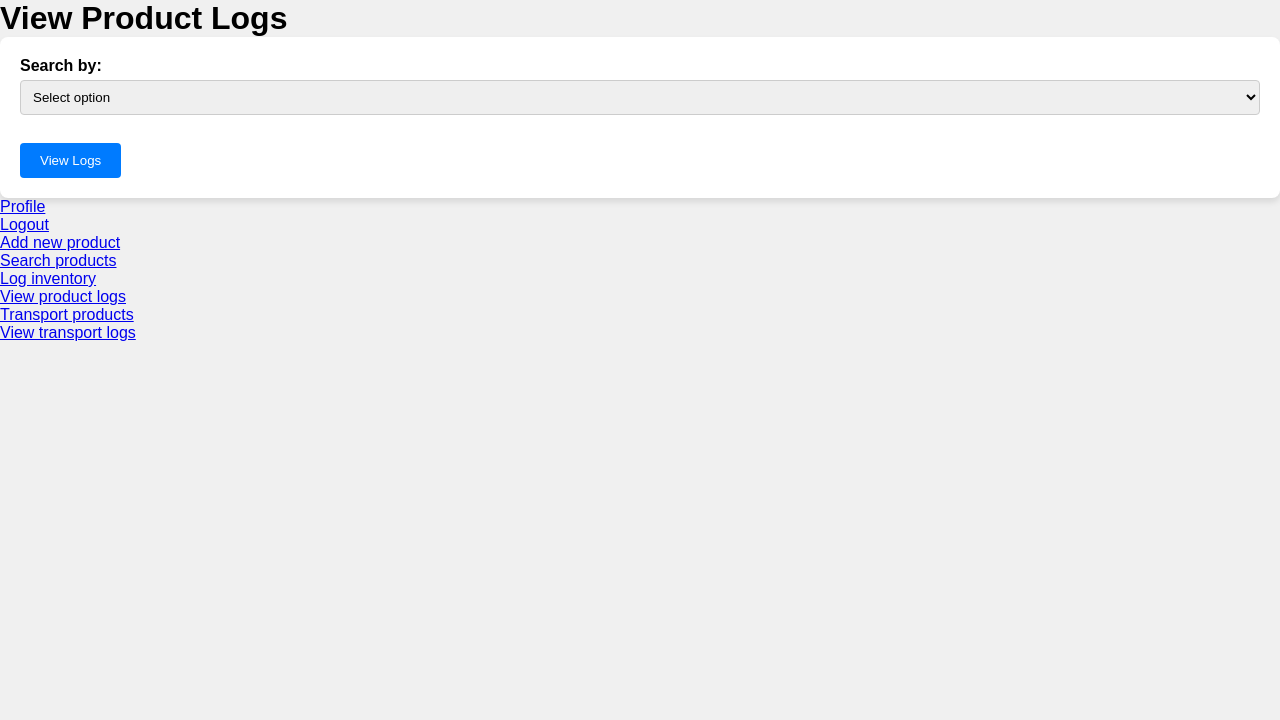
Repository: Warspinix/Flask-Web-Applications
Page: http://localhost/view_product_logs
An editor plug-in stored every save of this project. The page is shown before and after the next save, followed by the edit.
The browser window is 1280 px wide. The pictures show the whole page.
The page is served by the project's application, run on Flask 3 (app.py). The session is filled in as if someone had signed in: {"user_id": 1, "first_name": "John"}.

Above is the page before, as saved 2024-06-13 20:47:42.

### templates/view_product_logs.html
<!DOCTYPE html>
<html>
<head>
    <title>View Product Logs</title>
    <link rel="stylesheet" type="text/css" href="{{ url_for('static', filename='style.css') }}">
</head>
<body>
    <h1>View Product Logs</h1>
    <form action="" method="post">
        {{ form.hidden_tag() }}
        <label for="search_by">Search by:</label>
        {{ form.search_by(class="form-control") }}
        <br><br>
        <div id="id_search" style="display: none;">
            <label for="product_id">Product ID:</label>
            {{ form.product_id(class="form-control") }}
            <br><br>
        </div>
        <div id="month_search" style="display: none;">
            <label for="month">Select month:</label>
            {{ form.month(class="form-control") }}
            <br><br>
        </div>
        <input type="submit" value="View Logs">
    </form>

    {% if product_logs %}
        <h2>Product Logs:</h2>
        <table>
            <tr>
                <th>Product ID</th>
                <th>Product Name</th>
                <th>Quantity Added</th>
                <th>Log Date</th>
                <th>Log Time</th>
                <th>Logged by</th>
            </tr>
            {% for log in product_logs %}
            <tr>
                <td>{{ log[0] }}</td>
                <td>{{ log[1] }}</td>
                <td>{{ log[2] }}</td>
                <td>{{ log[3] }}</td>
                <td>{{ log[4] }}</td>
                <td>{{ log[5] }}</td>
            </tr>
            {% endfor %}
        </table>
    {% endif %}

    <!-- Profile and logout buttons -->
    <a href="{{ url_for('profile') }}" class="btn btn-primary">Profile</a>
    <a href="{{ url_for('logout') }}" class="btn btn-danger">Logout</a>

    <ul>
        <li><a href="{{ url_for('add_product') }}">Add new product</a></li>
        <li><a href="{{ url_for('search_products') }}">Search products</a></li>
        <li><a href="{{ url_for('log_inventory') }}">Log inventory</a></li>
        <li><a href="{{ url_for('view_product_logs') }}">View product logs</a></li>
        <li><a href="{{ url_for('transport_products') }}">Transport products</a></li>
        <li><a href="{{ url_for('view_transport_logs') }}">View transport logs</a></li>
    </ul>

    <script>
        document.getElementById('search_by').addEventListener('change', function() {
            var search_by = document.getElementById('search_by').value;
            if (search_by == 'id') {
                document.getElementById('id_search').style.display = 'block';
                document.getElementById('month_search').style.display = 'none';
            } else if (search_by == 'month') {
                document.getElementById('id_search').style.display = 'none';
                document.getElementById('month_search').style.display = 'block';
            } else if (search_by == 'both') {
                document.getElementById('id_search').style.display = 'block';
                document.getElementById('month_search').style.display = 'block';
            } else {
                document.getElementById('id_search').style.display = 'none';
                document.getElementById('month_search').style.display = 'none';
            }
        });
    </script>
</body>
</html>

### app.py
from flask import Flask, render_template, redirect, url_for, flash, session
import flask_mysqldb
from flask_wtf import FlaskForm
from wtforms import StringField, PasswordField, SubmitField, IntegerField, SelectField
from wtforms.validators import DataRequired, NumberRange, Optional
import os
import datetime
from flask_bcrypt import Bcrypt

secret_key = os.urandom(24).hex()

app = Flask(__name__)
app.config["SECRET_KEY"] = secret_key
app.config["MYSQL_HOST"] = "localhost"
app.config["MYSQL_USER"] = "root"
app.config["MYSQL_PASSWORD"] = ""
app.config["MYSQL_DB"] = "inventory"

bcrypt = Bcrypt(app)

mysql = flask_mysqldb.MySQL(app)

class RegistrationForm(FlaskForm):
    email = StringField("Email", validators=[DataRequired()])
    first_name = StringField("First Name", validators=[DataRequired()])
    last_name = StringField("Last Name", validators=[DataRequired()])
    password = PasswordField("Password", validators=[DataRequired()])
    submit = SubmitField("Register")

class LoginForm(FlaskForm):
    user_id = StringField("User ID", validators=[DataRequired()])
    password = PasswordField("Password", validators=[DataRequired()])
    submit = SubmitField("Login")

class AddProductForm(FlaskForm):
    product_name = StringField("Product Name", validators=[DataRequired()])
    submit = SubmitField("Add Product")

class SearchForm(FlaskForm):
    search_by = StringField("Search by", validators=[DataRequired()])
    search_term = StringField("Search term", validators=[DataRequired()])
    submit = SubmitField("Search")

class AddToInventoryForm(FlaskForm):
    product_id = StringField("Product ID", validators=[DataRequired()])
    quantity_added = StringField("Quantity to add", validators=[DataRequired()])
    submit = SubmitField("Add to Inventory")

from flask_wtf import FlaskForm
from wtforms import SelectField, StringField, SubmitField
from wtforms.validators import DataRequired, Optional

class ViewProductLogsForm(FlaskForm):
    search_by = SelectField("Search by", choices=[
        ('', 'Select option'),
        ('id', 'Product ID'),
        ('month', 'Month'),
        ('both', 'Both')
    ], validators=[DataRequired()])
    product_id = StringField("Product ID", validators=[Optional()])
    month = SelectField("Select month", choices=[
        ('', 'Select month'),
        ('1', 'January'), ('2', 'February'), ('3', 'March'), ('4', 'April'),
        ('5', 'May'), ('6', 'June'), ('7', 'July'), ('8', 'August'),
        ('9', 'September'), ('10', 'October'), ('11', 'November'), ('12', 'December')
    ], validators=[Optional()])
    submit = SubmitField("View Logs")


class TransportForm(FlaskForm):
    product_id = IntegerField('Product ID', validators=[DataRequired(), NumberRange(min=1)])
    quantity_transported = IntegerField('Quantity to transport', validators=[DataRequired(), NumberRange(min=1)])
    submit = SubmitField('Transport')

class ViewTransportLogsForm(FlaskForm):
    search_by = SelectField("Search by", choices=[('', 'Select option'), ('id', 'Product ID'), ('month', 'Month'), ('both', 'Both')], validators=[DataRequired()])
    product_id = StringField("Product ID", validators=[Optional()])
    month = StringField("Select month", validators=[Optional()])
    submit = SubmitField("View Logs")


@app.route("/")
def index():
    return render_template("index.html")

@app.route("/register", methods=["GET", "POST"])
def register():
    form = RegistrationForm()
    if form.validate_on_submit():
        cur = mysql.connection.cursor()
        cur.execute("SELECT COUNT(*) FROM users")
        count = cur.fetchone()[0] + 1
        user_id = str(datetime.date.today().year) + str(count).zfill(3)
        registration_date = datetime.date.today()
        registration_time = datetime.datetime.now().time()
        hashed_password = bcrypt.generate_password_hash(form.password.data).decode('utf-8')
        cur.execute("INSERT INTO users (id, email, first_name, last_name, password, registration_date, registration_time) VALUES (%s, %s, %s, %s, %s, %s, %s)",
                    (user_id, form.email.data, form.first_name.data, form.last_name.data, hashed_password, registration_date, registration_time))
        mysql.connection.commit()
        # flash("Registration successful! You will be redirected to the home page in 3 seconds.")
        # return render_template("register_success.html")
        return redirect(url_for("index"))
    return render_template("register.html", form=form)

@app.route("/login", methods=["GET", "POST"])
def login():
    form = LoginForm()
    if form.validate_on_submit():
        cur = mysql.connection.cursor()
        print(form.user_id.data)
        print(form.password.data)
        cur.execute("SELECT password, first_name FROM users WHERE email = %s", (form.user_id.data,))
        result = cur.fetchone()
        print(result)
        if result:
            hashed_password = result[0]
            if bcrypt.check_password_hash(hashed_password, form.password.data):
                session['user_id'] = form.user_id.data
                session['first_name'] = result[1]  # Store first name in session
                return redirect(url_for("dashboard"))
            else:
                flash("Invalid user ID or password")
        else:
            flash("Invalid user ID or password")
    return render_template("login.html", form=form)

@app.route("/logout")
def logout():
    session.pop('user_id', None)
    session.pop('first_name', None)
    return redirect(url_for("index"))

@app.route("/dashboard")
def dashboard():
    if 'user_id' not in session:
        return redirect(url_for("login"))
    return render_template("dashboard.html", user_id=session['user_id'], first_name=session['first_name'])

@app.route("/profile")
def profile():
    if 'user_id' not in session:
        return redirect(url_for("login"))
    cur = mysql.connection.cursor()
    cur.execute("SELECT email, first_name, last_name, registration_date FROM users WHERE id = %s", (session['user_id'],))
    result = cur.fetchone()
    if result:
        return render_template("profile.html", email=result[0], first_name=result[1], last_name=result[2], registration_date=result[3])
    else:
        flash("User not found")
        return redirect(url_for("dashboard"))

@app.route("/add_product", methods=["GET", "POST"])
def add_product():
    if 'user_id' not in session:
        return redirect(url_for("login"))
    form = AddProductForm()
    if form.validate_on_submit():
        cur = mysql.connection.cursor()
        cur.execute("INSERT INTO products (name, quantity) VALUES (%s, %s)",
                    (form.product_name.data, 0))
        mysql.connection.commit()
        cur.execute("SELECT id FROM products ORDER BY id DESC LIMIT 1")
        product_id = cur.fetchone()[0]
        flash("Product added successfully! Product ID is " + str(product_id))
    return render_template("add_product.html", form=form, user_id=session['user_id'], first_name=session['first_name'])

@app.route("/search_products", methods=["GET", "POST"])
def search_products():
    if 'user_id' not in session:
        return redirect(url_for("login"))
    form = SearchForm()
    if form.validate_on_submit():
        cur = mysql.connection.cursor()
        if form.search_by.data == "id":
            cur.execute("SELECT * FROM products WHERE id = %s", (form.search_term.data,))
        else:
            cur.execute("SELECT * FROM products WHERE name LIKE %s", ("%" + form.search_term.data + "%",))
        products = cur.fetchall()
        return render_template("search_products.html", form=form, products=products, user_id=session['user_id'], first_name=session['first_name'])
    return render_template("search_products.html", form=form, user_id=session['user_id'], first_name=session['first_name'])

@app.route("/log_inventory", methods=["GET", "POST"])
def log_inventory():
    if 'user_id' not in session:
        return redirect(url_for("login"))
    form = AddToInventoryForm()
    if form.validate_on_submit():
        cur = mysql.connection.cursor()
        cur.execute("SELECT quantity FROM products WHERE id = %s", (form.product_id.data,))
        result = cur.fetchone()
        if result:
            new_quantity = result[0] + int(form.quantity_added.data)
            cur.execute("UPDATE products SET quantity = %s WHERE id = %s", (new_quantity, form.product_id.data))
            mysql.connection.commit()
            cur.execute("INSERT INTO products_log (product_id, quantity_added, log_date, log_time, user_id) VALUES (%s, %s, %s, %s, %s)",
                        (form.product_id.data, form.quantity_added.data, datetime.date.today(), datetime.datetime.now().time(), session['user_id']))
            mysql.connection.commit()
            flash("Inventory updated successfully!")
        else:
            flash("Product not found")
    return render_template("log_inventory.html", form=form, user_id=session['user_id'], first_name=session['first_name'])

@app.route("/view_product_logs", methods=["GET", "POST"])
def view_product_logs():
    if 'user_id' not in session:
        return redirect(url_for("login"))

    form = ViewProductLogsForm()
    product_logs = None

    if form.validate_on_submit():
        search_by = form.search_by.data
        product_id = form.product_id.data
        month = form.month.data

        query = """SELECT pl.product_id, p.name, pl.quantity_added, pl.log_date, pl.log_time,
                          CONCAT(u.first_name, ' ', u.last_name) AS full_name
                   FROM products_log pl
                   JOIN products p ON pl.product_id = p.id
                   JOIN users u ON pl.user_id = u.id"""
        conditions = []
        params = []

        if search_by == 'id':
            conditions.append("pl.product_id = %s")
            params.append(product_id)
        elif search_by == 'month':
            conditions.append("MONTH(pl.log_date) = %s")
            params.append(month)
        elif search_by == 'both':
            conditions.append("pl.product_id = %s AND MONTH(pl.log_date) = %s")
            params.append(product_id)
            params.append(month)

        if conditions:
            query += " WHERE " + " AND ".join(conditions)

        cur = mysql.connection.cursor()
        cur.execute(query, tuple(params))
        product_logs = cur.fetchall()

    return render_template("view_product_logs.html", form=form, product_logs=product_logs, user_id=session['user_id'], first_name=session['first_name'])

@app.route("/transport_products", methods=["GET", "POST"])
def transport_products():
    if 'user_id' not in session:
        return redirect(url_for("login"))
    form = TransportForm()
    if form.validate_on_submit():
        cur = mysql.connection.cursor()
        cur.execute("SELECT quantity FROM products WHERE id = %s", (form.product_id.data,))
        result = cur.fetchone()
        if result:
            current_quantity = result[0]
            if current_quantity >= form.quantity_transported.data:
                new_quantity = current_quantity - form.quantity_transported.data
                cur.execute("UPDATE products SET quantity = %s WHERE id = %s", (new_quantity, form.product_id.data))
                mysql.connection.commit()
                cur.execute("INSERT INTO transports_log (product_id, user_id, quantity_transported, log_date, log_time) VALUES (%s, %s, %s, %s, %s)",
                            (form.product_id.data, session['user_id'], form.quantity_transported.data, datetime.date.today(), datetime.datetime.now().time()))
                mysql.connection.commit()
                flash("Product transported successfully!")
            else:
                flash("Not enough quantity in stock")
        else:
            flash("Product not found")
    return render_template("transport_products.html", form=form, user_id=session['user_id'], first_name=session['first_name'])

@app.route("/view_transport_logs", methods=["GET", "POST"])
def view_transport_logs():
    if 'user_id' not in session:
        return redirect(url_for("login"))
    form = ViewTransportLogsForm()
    transport_logs = None
    if form.validate_on_submit():
        search_by = form.search_by.data
        product_id = form.product_id.data
        month = form.month.data

        query = """SELECT tl.id, tl.product_id, p.name, tl.quantity_transported, tl.log_date, tl.log_time,
                          CONCAT(u.first_name, ' ', u.last_name) AS full_name
                   FROM transports_log tl
                   JOIN products p ON tl.product_id = p.id
                   JOIN users u ON tl.user_id = u.id"""
        params = []

        if search_by == 'id':
            query += " WHERE tl.product_id = %s"
            params.append(product_id)
        elif search_by == 'month':
            query += " WHERE MONTH(tl.log_date) = %s"
            params.append(month)
        elif search_by == 'both':
            query += " WHERE tl.product_id = %s AND MONTH(tl.log_date) = %s"
            params.append(product_id)
            params.append(month)

        cur = mysql.connection.cursor()
        cur.execute(query, tuple(params))
        transport_logs = cur.fetchall()

    return render_template("view_transport_logs.html", form=form, transport_logs=transport_logs, user_id=session['user_id'], first_name=session['first_name'])

if __name__ == "__main__":
    app.run(debug=True)

### static/style.css
/* Reset default styles */
* {
    margin: 0;
    padding: 0;
    box-sizing: border-box;
}

body {
    font-family: Arial, sans-serif;
    background-color: #f0f0f0;
    display: flex;
    flex-direction: column;
    min-height: 100vh;
}

/* Navigation Bar styles */
.navbar {
    background-color: #333;
    color: #fff;
    padding: 10px 20px;
    position: fixed;
    width: 250px; /* Set the width */
    height: 100%;
    top: 0;
    left: 0;
    z-index: 1000;
    transition: all 0.3s ease;
}

.navbar-container {
    display: flex;
    flex-direction: column;
    height: 100%;
}

.navbar-header {
    display: flex;
    align-items: center;
    justify-content: space-between; /* Adjust spacing */
    margin-bottom: 20px; /* Adjust spacing */
}

.navbar-brand {
    color: #fff;
    text-decoration: none;
    font-size: 1.5rem;
    margin-left: 10px;
}

.navbar-menu {
    list-style-type: none;
    display: flex;
    flex-direction: column;
    margin-top: 0; /* Push menu items to the bottom */
}

.navbar-menu li {
    margin-right: 0; /* Remove margin */
}

.navbar-menu li a {
    color: #fff;
    text-decoration: none;
    padding: 10px 20px;
    transition: color 0.3s ease;
}

.navbar-menu li a:hover {
    background-color: #007bff;
}

/* Profile and logout buttons */
.profile-logout {
    display: flex;
    flex-direction: column;
    align-items: center;
    margin-top: auto; /* Push to the bottom */
    margin-bottom: 20px; /* Adjust spacing */
}

.profile-logout a {
    color: #fff;
    text-decoration: none;
    padding: 8px 20px;
    border-radius: 4px;
    transition: background-color 0.3s ease;
}

.profile-logout a.btn-primary {
    background-color: #007bff;
}

.profile-logout a.btn-danger {
    background-color: #dc3545;
}

.profile-logout a.btn:hover {
    background-color: #0056b3;
}

/* Menu toggle button */
.menu-toggle {
    background: none;
    border: none;
    cursor: pointer;
    display: none;
    padding: 5px;
    position: absolute;
    top: 10px;
    right: 10px;
    z-index: 1500;
}

.menu-toggle span {
    background-color: #fff;
    display: block;
    height: 2px;
    margin-bottom: 4px;
    transition: transform 0.2s ease, background-color 0.2s ease;
    width: 20px;
}

.menu-toggle span:nth-child(1) {
    transform: translateY(6px) rotate(45deg);
}

.menu-toggle span:nth-child(2) {
    opacity: 0;
}

.menu-toggle span:nth-child(3) {
    transform: translateY(-6px) rotate(-45deg);
}

@media screen and (max-width: 768px) {
    .navbar {
        width: 250px;
        transform: translateX(-100%);
        transition: transform 0.3s ease;
    }

    .navbar.active {
        transform: translateX(0);
    }

    .navbar-container {
        flex-direction: row;
    }

    .navbar-header {
        margin-bottom: 20px; /* Adjust spacing */
        width: 100%;
        display: flex;
        justify-content: space-between;
    }

    .navbar-brand {
        margin-bottom: 0; /* Adjust spacing */
    }

    .navbar-menu {
        flex-direction: column;
        margin-top: 0;
        width: 100%;
    }

    .navbar-menu.active {
        flex-direction: column;
    }

    .menu-toggle {
        display: block;
    }

    .profile-logout {
        flex-direction: row;
        justify-content: space-between;
    }

    .profile-logout a {
        margin-left: 10px;
        margin-bottom: 0;
    }
}

/* Side Navigation for small screens */
.side-nav {
    position: fixed;
    top: 0;
    left: -250px;
    width: 250px;
    height: 100%;
    background-color: #333;
    transition: all 0.3s ease;
    z-index: 1200;
}

.side-nav.active {
    left: 0;
}

.side-nav ul {
    list-style-type: none;
    padding: 0;
    margin: 20px 0;
}

.side-nav ul li {
    padding: 10px;
    border-bottom: 1px solid #666;
}

.side-nav ul li a {
    color: #fff;
    text-decoration: none;
    display: block;
    transition: all 0.3s ease;
}

.side-nav ul li a:hover {
    background-color: #007bff;
}

/* Content area */
.content {
    margin-left: 250px; /* Width of the side nav */
    margin-top: 70px;
    padding: 20px;
    flex: 1;
}

/* Form styles */
form {
    background-color: #fff;
    padding: 20px;
    border-radius: 8px;
    box-shadow: 0 4px 6px rgba(0, 0, 0, 0.1);
}

form label {
    font-weight: bold;
}

form input[type="number"],
form select {
    padding: 8px;
    margin-top: 5px;
    width: 100%;
    border: 1px solid #ccc;
    border-radius: 4px;
}

form input[type="submit"] {
    background-color: #007bff;
    color: #fff;
    border: none;
    padding: 10px 20px;
    cursor: pointer;
    margin-top: 10px;
    border-radius: 4px;
    transition: background-color 0.3s ease;
}

form input[type="submit"]:hover {
    background-color: #0056b3;
}

/* Table styles */
table {
    width: 100%;
    margin-top: 20px;
    border-collapse: collapse;
    border-radius: 8px;
    overflow: hidden;
    box-shadow: 0 4px 6px rgba(0, 0, 0, 0.1);
}

table th, table td {
    padding: 12px 15px;
    text-align: left;
    border-bottom: 1px solid #ddd;
}

table th {
    background-color: #007bff;
    color: #fff;
}

/* Profile and logout buttons */
.profile-logout {
    text-align: right;
    margin-top: 20px;
}

.profile-logout a {
    margin-left: 10px;
}

.profile-logout a.btn {
    color: #fff;
    text-decoration: none;
    padding: 8px 20px;
    border-radius: 4px;
    transition: background-color 0.3s ease;
}

.profile-logout a.btn.btn-primary {
    background-color: #007bff;
}

.profile-logout a.btn.btn-danger {
    background-color: #dc3545;
}

.profile-logout a.btn:hover {
    background-color: #0056b3;
}

After the next save:
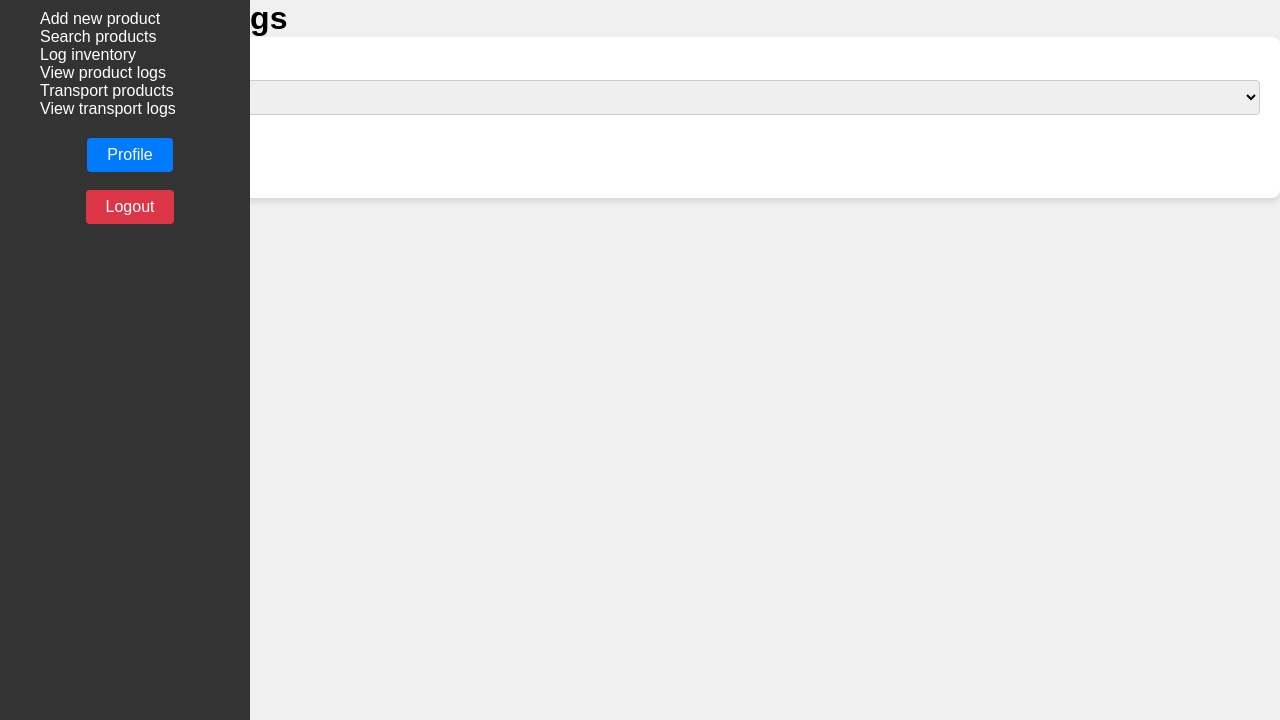
Saved 104 s later.
--- a/templates/view_product_logs.html
+++ b/templates/view_product_logs.html
@@ -48,18 +48,25 @@
         </table>
     {% endif %}
 
-    <!-- Profile and logout buttons -->
-    <a href="{{ url_for('profile') }}" class="btn btn-primary">Profile</a>
-    <a href="{{ url_for('logout') }}" class="btn btn-danger">Logout</a>
+<!-- Navigation Bar -->
+<nav class="navbar" id="navbar">
+    <div class="navbar-container">
+        <!-- Functionality list -->
+        <ul class="navbar-menu" id="menu">
+            <li><a href="{{ url_for('add_product') }}">Add new product</a></li>
+            <li><a href="{{ url_for('search_products') }}">Search products</a></li>
+            <li><a href="{{ url_for('log_inventory') }}">Log inventory</a></li>
+            <li><a href="{{ url_for('view_product_logs') }}">View product logs</a></li>
+            <li><a href="{{ url_for('transport_products') }}">Transport products</a></li>
+            <li><a href="{{ url_for('view_transport_logs') }}">View transport logs</a></li>
+        </ul>
 
-    <ul>
-        <li><a href="{{ url_for('add_product') }}">Add new product</a></li>
-        <li><a href="{{ url_for('search_products') }}">Search products</a></li>
-        <li><a href="{{ url_for('log_inventory') }}">Log inventory</a></li>
-        <li><a href="{{ url_for('view_product_logs') }}">View product logs</a></li>
-        <li><a href="{{ url_for('transport_products') }}">Transport products</a></li>
-        <li><a href="{{ url_for('view_transport_logs') }}">View transport logs</a></li>
-    </ul>
+        <div class="profile-logout">
+            <a href="{{ url_for('profile') }}" class="btn btn-primary">Profile</a><br>
+            <a href="{{ url_for('logout') }}" class="btn btn-danger">Logout</a>
+        </div>
+    </div>
+</nav>
 
     <script>
         document.getElementById('search_by').addEventListener('change', function() {
